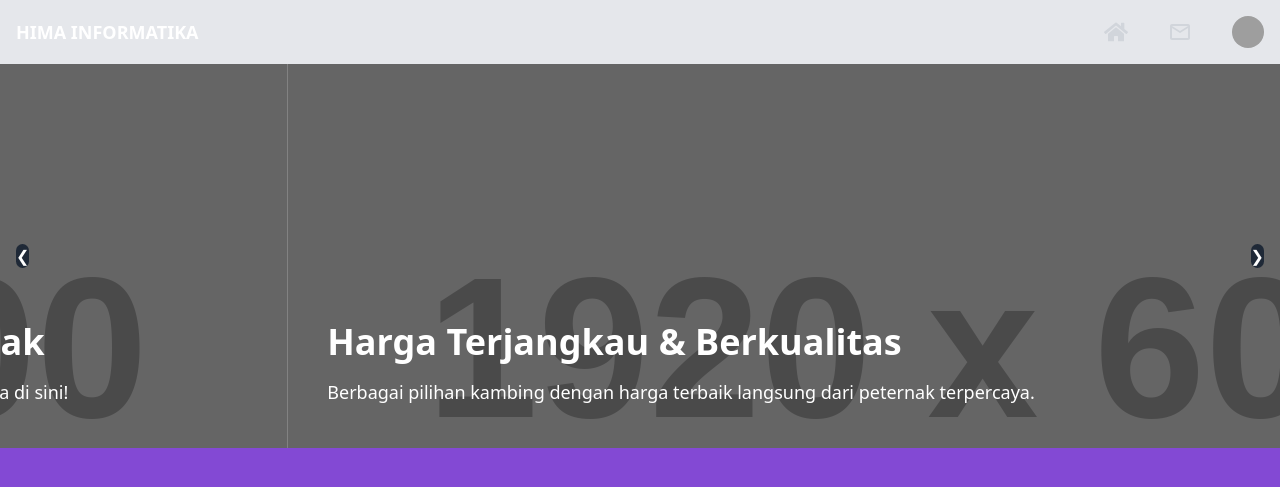
Repository: MUHAMADTEGARWIJAYA/himaif
Page: /
The author's editor kept a copy of each file at every save. The page is drawn from the files as they stood at one save, then again after the next save.
The browser window is 1280 px wide. The pictures show the whole page.
Pictures or frames that could not be fetched are drawn as grey boxes. The project was rebuilt for these pictures with package versions that can differ from the ones it lists, and the page was loaded fresh each time. Also part of the build but not shown: vite.config.js.

Above is the page before, as saved 2024-12-21 11:13:20.

After the next save:
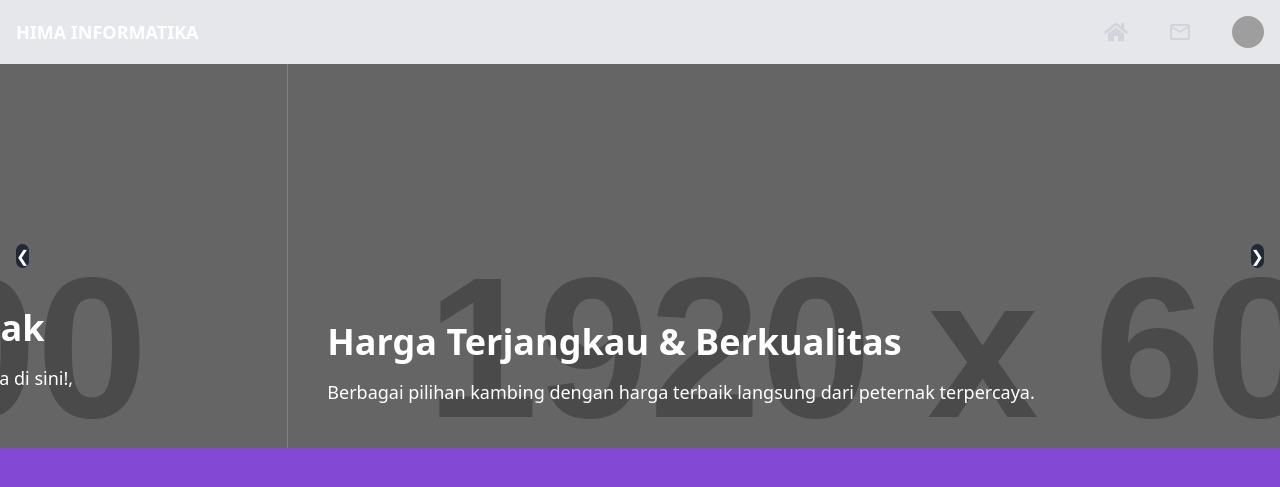
Saved 38 s later.
--- a/src/pages/Content.jsx
+++ b/src/pages/Content.jsx
@@ -7,7 +7,7 @@ const Slider = () => {
       image: "https://via.placeholder.com/1920x600", // Ganti dengan URL gambar
       title: "Mudah & Transparan! Kambing Langsung dari Peternak",
       description:
-        "Akses langsung ke peternak, harga transparan, dan kualitas terjamin. Pilih kambing untuk kebutuhan Anda hanya di sini!",
+        "Akses langsung ke peternak, harga transparan, dan kualitas terjamin. Pilih kambing untuk kebutuhan Anda hanya di sini!, jdsudvudvbduvbdvbdiobvbvsudvds",
     },
     {
       id: 2,
